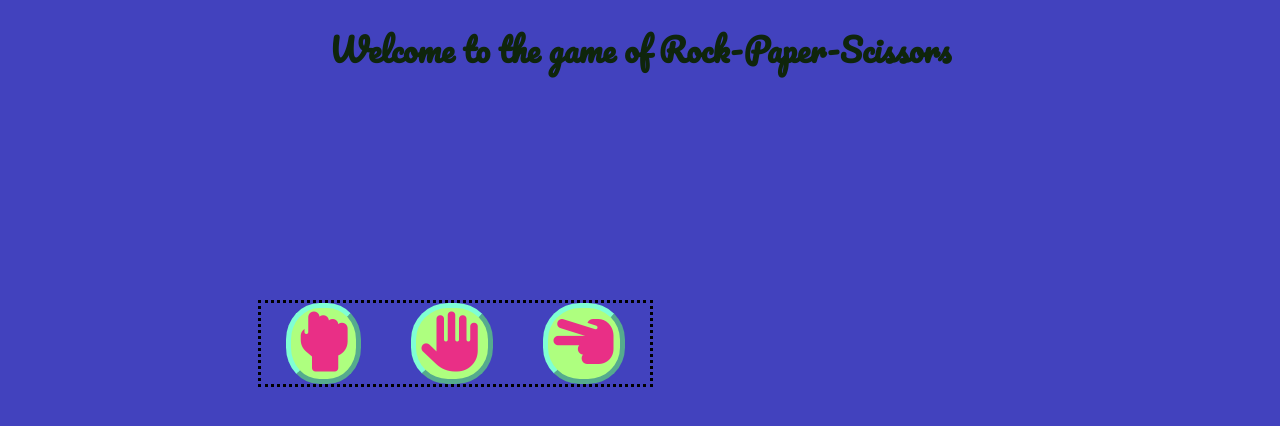
Repository: 0101chaitanya/Rock-Paper-Scissors
Page: index.html
The author's editor kept a copy of each file at every save. The page is drawn from the files as they stood at one save, then again after the next save.
The browser window is 1280 px wide. The pictures show the whole page.
Some web libraries are served in a nearby version.

Above is the page before, as saved 2021-05-14 19:12:20.
Not found: linkk.js

### index.html
<!DOCTYPE html>
<html>

<head>
    <meta charset="utf-8">
    <title>Rock-Paper-Scissors</title>
    <link rel="stylesheet" href="style.css">
    <script src="https://kit.fontawesome.com/3dcaf9f6de.js" crossorigin="anonymous"></script>
    <link rel="preconnect" href="https://fonts.gstatic.com">
    <link href="https://fonts.googleapis.com/css2?family=Pacifico&display=swap" rel="stylesheet">
</head>

<body>
    <h1 id="welcome">Welcome to the game of Rock-Paper-Scissors</h1>
    <div id="hold">
        <button class="square" id="holder1" href="#"><i class="fas fa-hand-rock"></i></button>

        <button class="square" id="holder2" href="#"><i class="fas fa-hand-paper"></i></button>

        <button class="square" id="holder3" href="#"><i class="fas fa-hand-scissors"></i></button>
    </div>
    <script type="text/javascript" src="linkk.js"></script>
</body>

</html>

### style.css
html{
    margin: 0;
    font-family: 'Pacifico', cursive;
    background-color:rgb(66, 66, 190);
display: block;
}
h1  {
       text-align: center;
     color:rgb(15, 37, 12) ;
    }
 #hold {
border-style:dotted;
display: flex;
flex-direction: row;
justify-content:center;
position: fixed;
top: 300px;
align-content: center;
margin-left: 250px;
margin-right: 10vw;




    }
.square{
    background-color: rgb(174, 255, 127);
    font-size: 60px;
    display: inline-block;
color: rgb(233, 47, 134);
border-radius: 45%;
border-width: 5px;
border-color:aquamarine;
margin:auto 25px;
}
#holder1 {
}
#holder2 {
}
#holder3 {
}

After the next save:
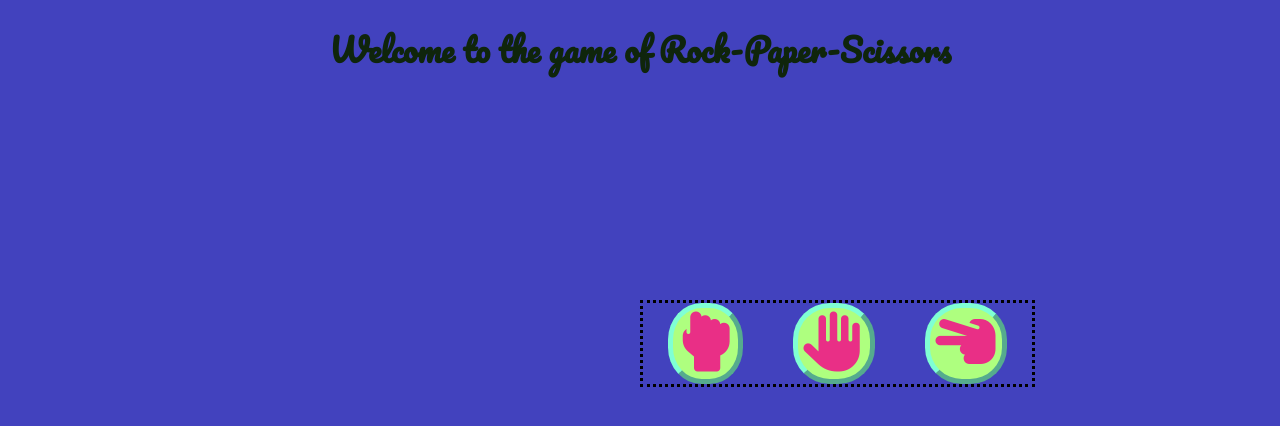
Saved 23 s later.
--- a/style.css
+++ b/style.css
@@ -16,9 +16,7 @@ justify-content:center;
 position: fixed;
 top: 300px;
 align-content: center;
-margin-left: 250px;
-margin-right: 10vw;
-
+left: 50%;
 
 
 
